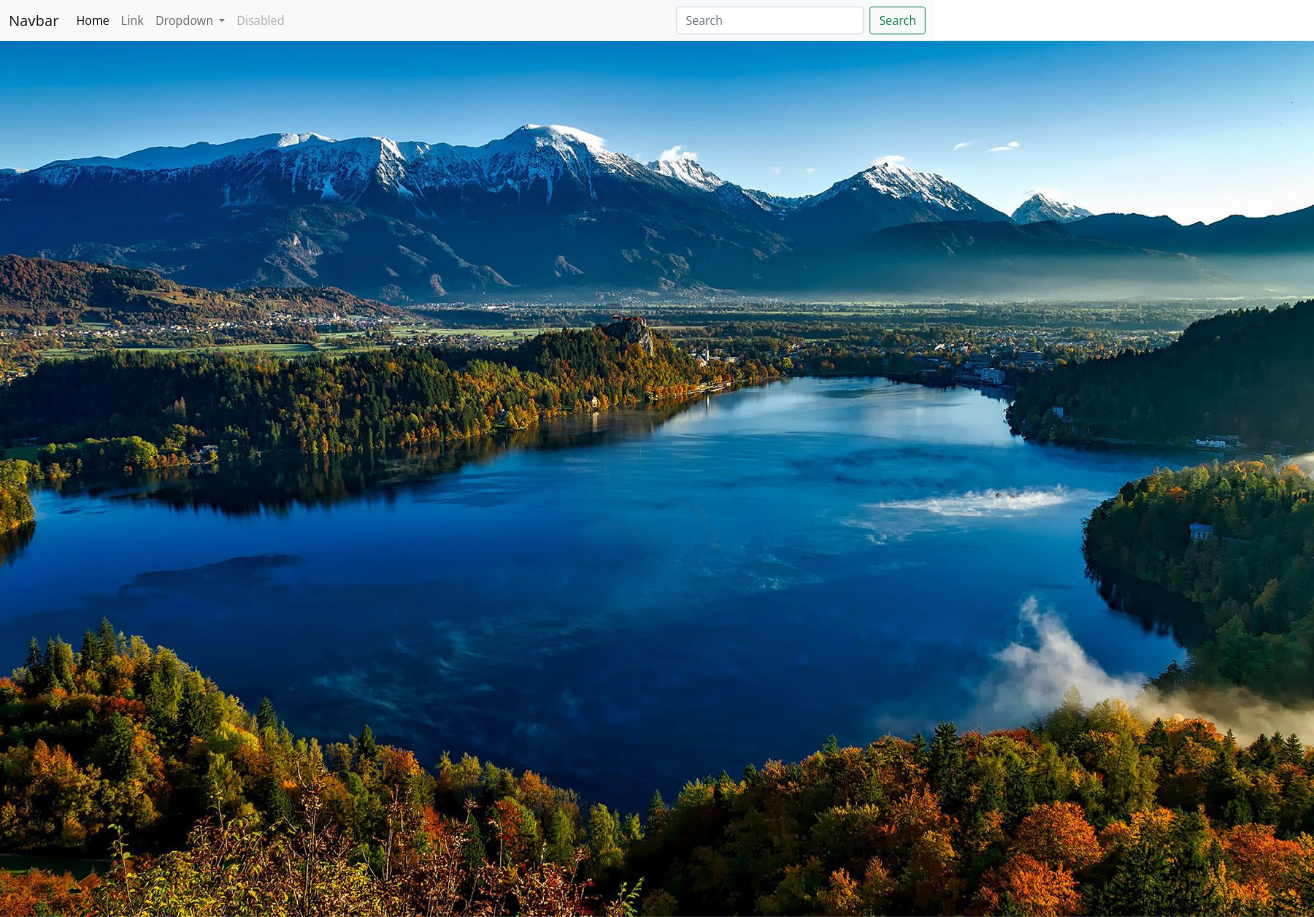
Repository: nptg3105/lab04-landing-page-boostrap5
Page: index.html
An editor plug-in stored every save of this project. The page is shown before and after the next save, followed by the edit.
The browser window is 1280 px wide. The page is 1800 px wide, then 1280 px, then 1800 px, so the pictures cover 1800 px, including what lies to the right of the window. The pictures show the whole page, at 73% of full size.

Above is the page before, as saved 2021-12-17 05:54:41.

### index.html
<!DOCTYPE html>
<html lang="en">
  <head>
    <meta charset="UTF-8" />
    <meta http-equiv="X-UA-Compatible" content="IE=edge" />
    <meta name="viewport" content="width=device-width, initial-scale=1.0" />
    <title>lab04-Landing-Page-Boostrap</title>
    <link
      href="https://cdn.jsdelivr.net/npm/bootstrap@5.1.3/dist/css/bootstrap.min.css"
      rel="stylesheet"
      integrity="sha384-1BmE4kWBq78iYhFldvKuhfTAU6auU8tT94WrHftjDbrCEXSU1oBoqyl2QvZ6jIW3"
      crossorigin="anonymous"
    />
    <link rel="stylesheet" href="dist/index.css" />
  </head>
  <body>
    <header>
      <nav class="navbar navbar-expand-lg navbar-light bg-light">
        <div class="container-fluid">
          <a class="navbar-brand" href="#">Navbar</a>
          <button
            class="navbar-toggler"
            type="button"
            data-bs-toggle="collapse"
            data-bs-target="#navbarSupportedContent"
            aria-controls="navbarSupportedContent"
            aria-expanded="false"
            aria-label="Toggle navigation"
          >
            <span class="navbar-toggler-icon"></span>
          </button>
          <div class="collapse navbar-collapse" id="navbarSupportedContent">
            <ul class="navbar-nav me-auto mb-2 mb-lg-0">
              <li class="nav-item">
                <a class="nav-link active" aria-current="page" href="#">Home</a>
              </li>
              <li class="nav-item">
                <a class="nav-link" href="#">Link</a>
              </li>
              <li class="nav-item dropdown">
                <a
                  class="nav-link dropdown-toggle"
                  href="#"
                  id="navbarDropdown"
                  role="button"
                  data-bs-toggle="dropdown"
                  aria-expanded="false"
                >
                  Dropdown
                </a>
                <ul class="dropdown-menu" aria-labelledby="navbarDropdown">
                  <li><a class="dropdown-item" href="#">Action</a></li>
                  <li><a class="dropdown-item" href="#">Another action</a></li>
                  <li><hr class="dropdown-divider" /></li>
                  <li>
                    <a class="dropdown-item" href="#">Something else here</a>
                  </li>
                </ul>
              </li>
              <li class="nav-item">
                <a class="nav-link disabled">Disabled</a>
              </li>
            </ul>
            <form class="d-flex">
              <input
                class="form-control me-2"
                type="search"
                placeholder="Search"
                aria-label="Search"
              />
              <button class="btn btn-outline-success" type="submit">
                Search
              </button>
            </form>
          </div>
        </div>
      </nav>
      <div class="hero"><img src="images/hero.jpg" alt="" /></div>
    </header>

    <script
      src="https://cdn.jsdelivr.net/npm/bootstrap@5.1.3/dist/js/bootstrap.bundle.min.js"
      integrity="sha384-ka7Sk0Gln4gmtz2MlQnikT1wXgYsOg+OMhuP+IlRH9sENBO0LRn5q+8nbTov4+1p"
      crossorigin="anonymous"
    ></script>
  </body>
</html>

### dist/index.css
* {
  box-sizing: border-box;
  margin: 0;
  padding: 0;
}
body {
  line-height: 1.5;
}
:root {
  --color-bg: #ecf2f8;
  --color-white: #fff;
  --color-violet: #7541c8;
  --color-light-grey: #cfcfcf;
  --color-dark-grey: #19212e;
  --color-grey: #48556a;
}
.hero {
  background: url(https://mdbootstrap.com/img/Photos/Horizontal/Nature/full%20page/img%20(
        3
      ).jpg)
    no-repeat 50% fixed;
}
/*# sourceMappingURL=index.css.map */

After the next save:
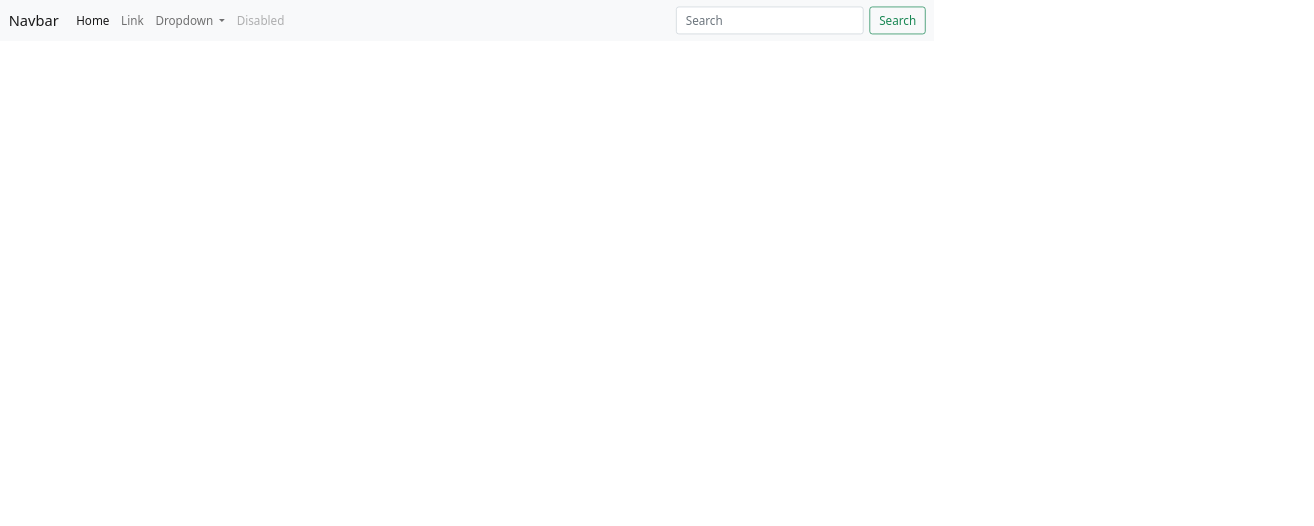
Saved 69 s later.
--- a/index.html
+++ b/index.html
@@ -75,7 +75,7 @@
           </div>
         </div>
       </nav>
-      <div class="hero"><img src="images/hero.jpg" alt="" /></div>
+      <div class="hero"></div>
     </header>
 
     <script

After the 3 saves that followed:
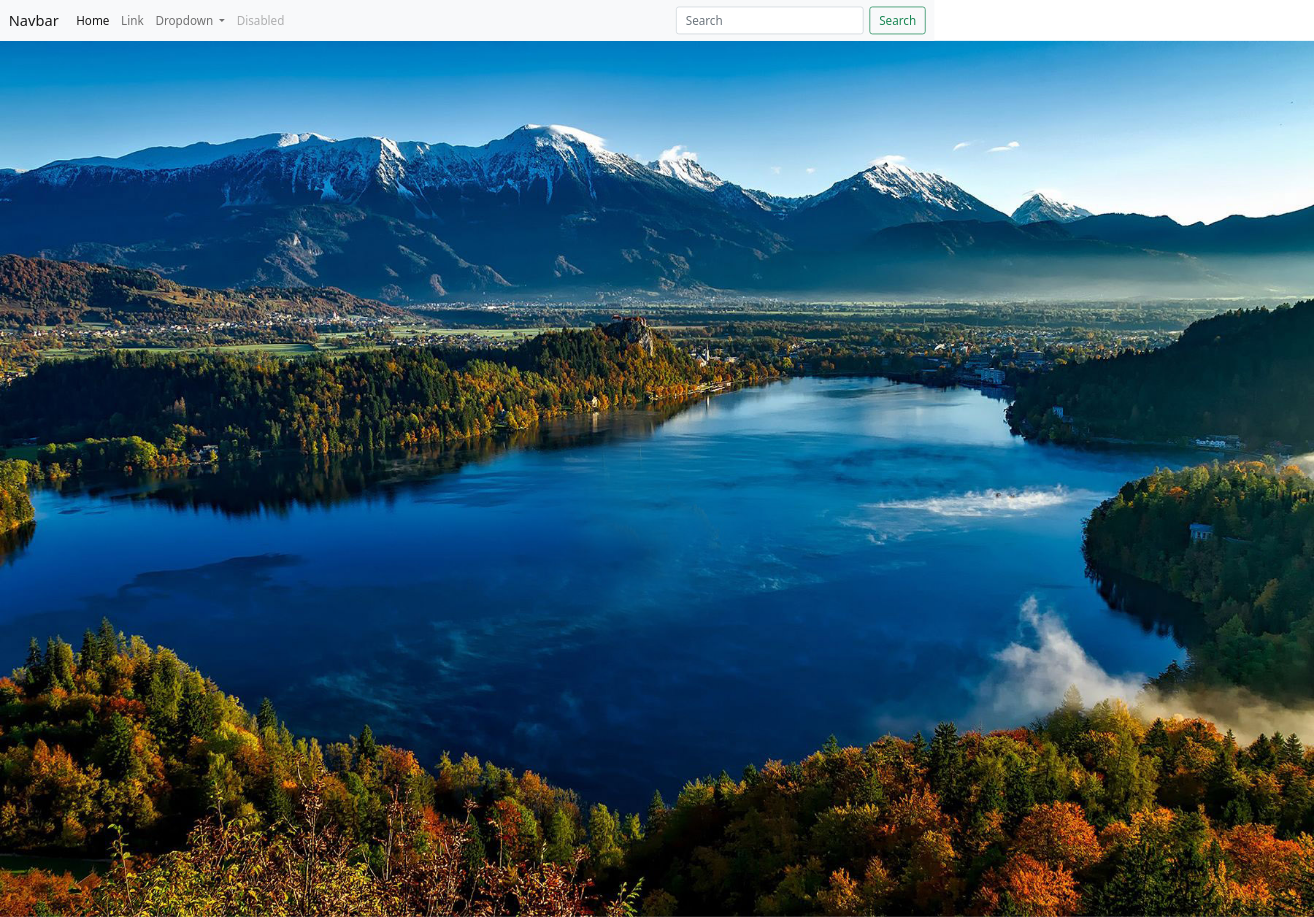
The 3 saves are shown as one change because 2 left the picture as it was.
The last was saved 9 min 26 s later.
--- a/index.html
+++ b/index.html
@@ -75,7 +75,7 @@
           </div>
         </div>
       </nav>
-      <div class="hero"></div>
+      <div class="hero"><img src="images/hero.jpg" alt="" /></div>
     </header>
 
     <script
